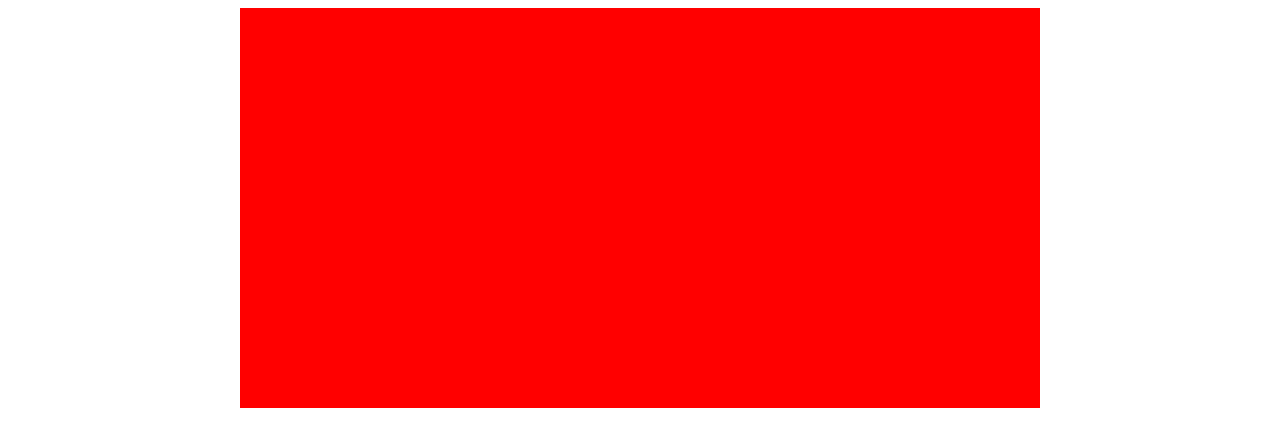
Repository: goalki/pension
Page: http://localhost/pension/etc/outer.jsp
These files come from the project's save history. The page is drawn as it stood at one moment and after the next save; the edit follows.
The browser window is 1280 px wide. The pictures show the whole page.
The page is served by Tomcat 9.

Above is the page before, as saved 2021-01-19 07:53:03.

After the next save:
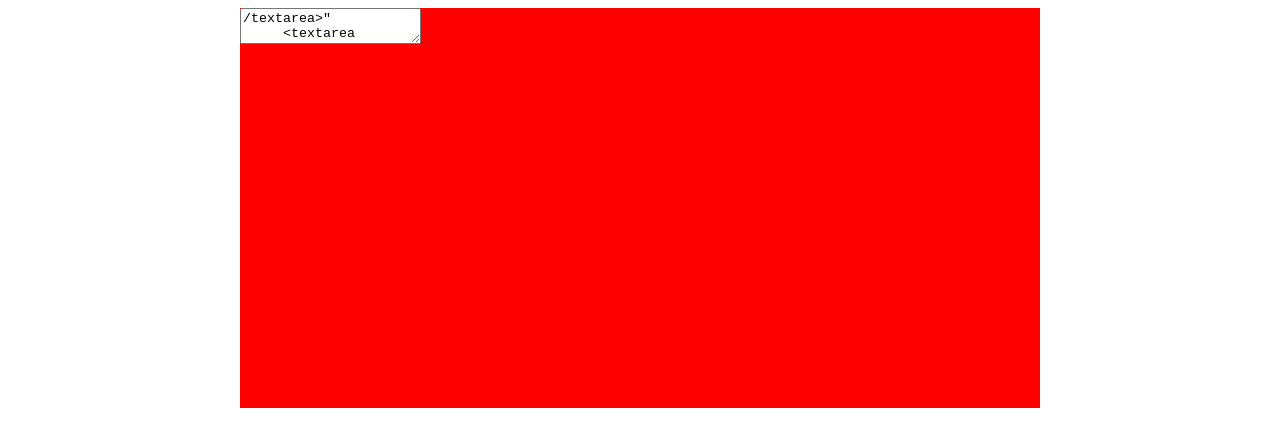
Saved 29 s later.
--- a/pension/WebContent/etc/outer.jsp
+++ b/pension/WebContent/etc/outer.jsp
@@ -16,7 +16,9 @@
 </head>
 <body>
   <div id="inner">
-
+     <textarea class="imsi">/textarea>"
+     <textarea class="imsi">/textarea>"
+     <textarea class="imsi">/textarea>"
   </div>
 </body>
 </html>
